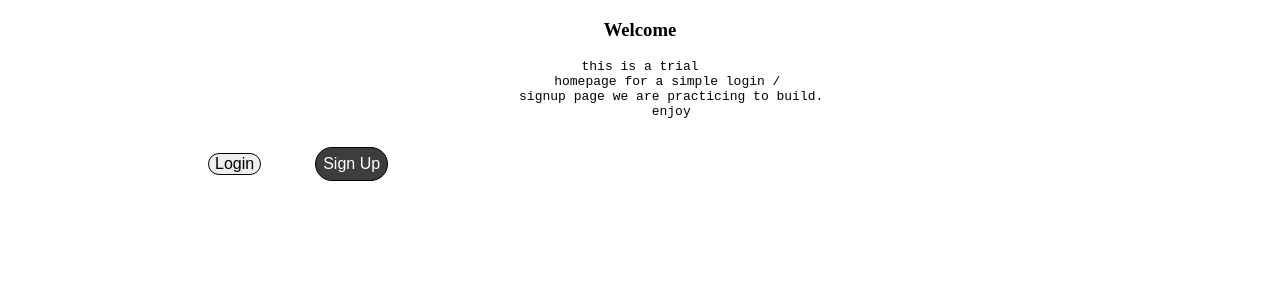
Repository: yhung004/TUTORIAL_PAGE
Page: home.html
An editor plug-in stored every save of this project. The page is shown before and after the next save, followed by the edit.
The browser window is 1280 px wide. The pictures show the whole page.

Above is the page before, as saved 2024-04-10 00:03:01.

After the next save:
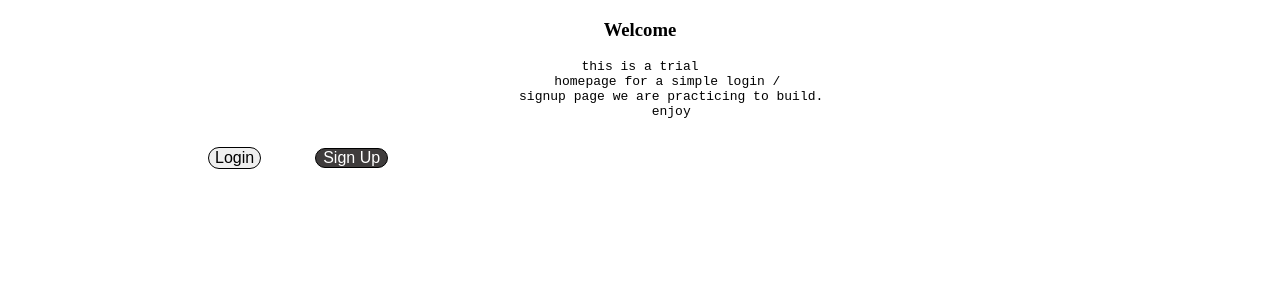
Saved 37 s later.
--- a/main.css
+++ b/main.css
@@ -20,5 +20,5 @@
     background-color: rgb(63, 60, 60);
     color:white;
     font-size: medium;
-    padding: 7px ;
+    padding: 0 7px 0 7px;
 }
